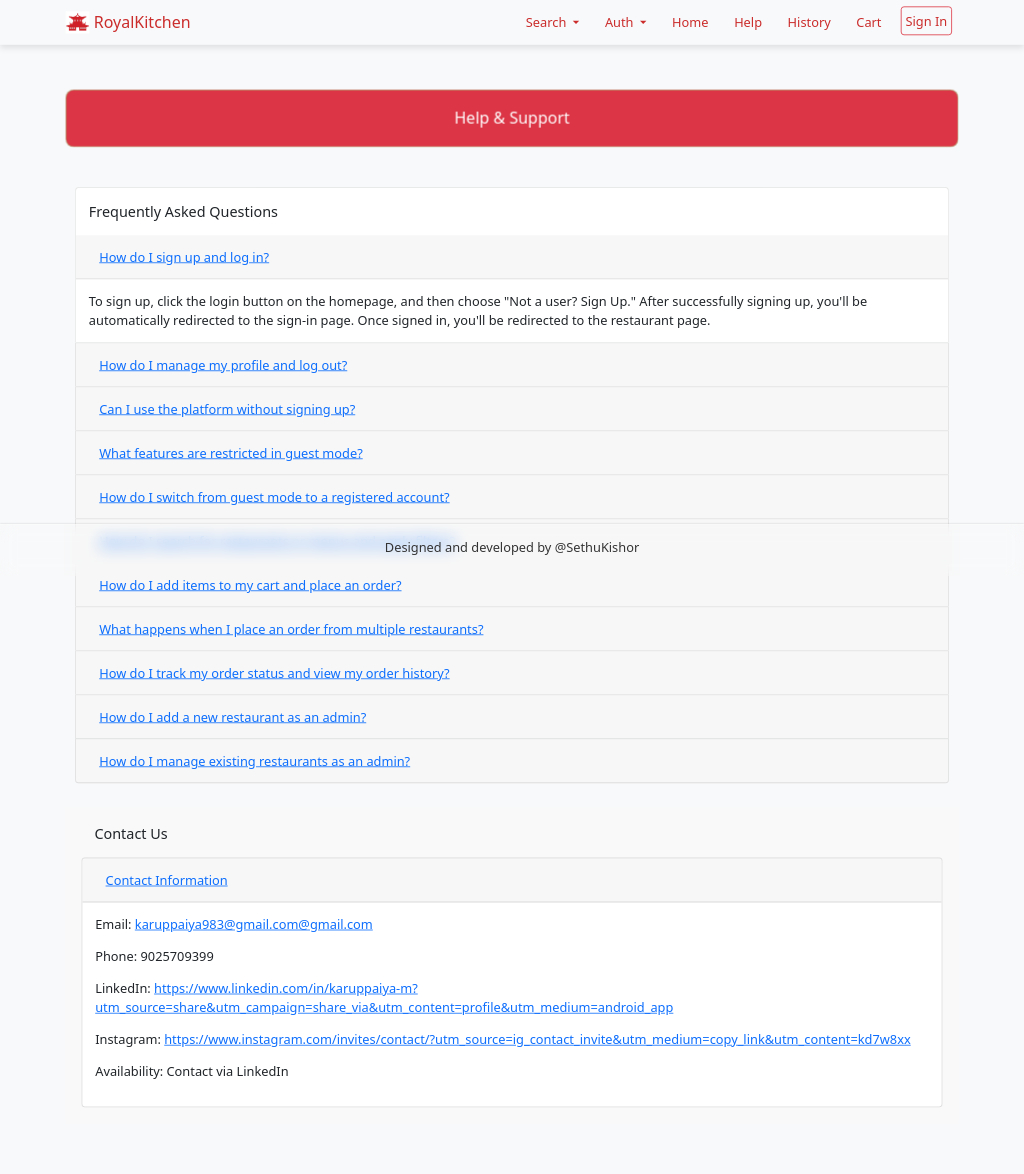
Repository: KARUPPAIYA77/Royal-Kitchen
Page: http://localhost/RoyalKitchen/help.jsp
The author's editor kept a copy of each file at every save. The page is drawn from the files as they stood at one save, then again after the next save.
The browser window is 1280 px wide. The pictures show the whole page, at 80% of full size.
Some web libraries are served in a nearby version. The page is served by Tomcat 9. Other server files are loaded and not shown.

Above is the page before, as saved 2025-03-06 09:30:44.

### RoyalKitchen/src/main/webapp/help.jsp

<%@ page language="java" contentType="text/html; charset=UTF-8"
	pageEncoding="UTF-8"%>
<%@ include file="navbar.jsp"%>
<!DOCTYPE html>
<html lang="en">
<head>
<meta charset="UTF-8">
<meta name="viewport" content="width=device-width, initial-scale=1.0">
<title>Help & Support - Food Ordering</title>
<link
	href="https://stackpath.bootstrapcdn.com/bootstrap/5.0.2/css/bootstrap.min.css"
	rel="stylesheet">
<style>
.faq-section {
	margin-top: 50px;
}

.contact-section {
	margin-top: 30px;
	padding: 20px;
	background-color: #f9f9f9;
}
</style>
</head>
<body class="bg-light">
	<div class="mt-5 py-5 container">
		<div class="d-flex justify-content-center mt-3">
			<div class="card col-md-12 bg-danger"
				style="backdrop-filter: blur(10px); border-radius: 10px; border: 1px solid rgba(144, 238, 144, 0.5); color: #fff;">
				<div
					class="card-body d-flex align-items-center justify-content-center"
					style="height: 70px;">
					<h5 class="mb-0 text-white">Help & Support</h5>
				</div>
			</div>
		</div>
		<!-- FAQ Section -->
		<div class="container faq-section">
			<div class="accordion" id="faqAccordion">
				<div class="card">
					<p class="px-3 pt-3" style="font-size: 18px;">Frequently Asked
						Questions</p>
					<div class="card-header" id="headingOne">
						<h5 class="mb-0">
							<button class="btn btn-link" type="button" data-toggle="collapse"
								data-target="#collapseOne" aria-expanded="true"
								aria-controls="collapseOne">How do I sign up and log
								in?</button>
						</h5>
					</div>
					<div id="collapseOne" class="collapse show"
						aria-labelledby="headingOne" data-parent="#faqAccordion">
						<div class="card-body">To sign up, click the login button on
							the homepage, and then choose "Not a user? Sign Up." After
							successfully signing up, you'll be automatically redirected to
							the sign-in page. Once signed in, you'll be redirected to the
							restaurant page.</div>
					</div>
				</div>

				<div class="card">
					<div class="card-header" id="headingTwo">
						<h5 class="mb-0">
							<button class="btn btn-link collapsed" type="button"
								data-toggle="collapse" data-target="#collapseTwo"
								aria-expanded="false" aria-controls="collapseTwo">How
								do I manage my profile and log out?</button>
						</h5>
					</div>
					<div id="collapseTwo" class="collapse" aria-labelledby="headingTwo"
						data-parent="#faqAccordion">
						<div class="card-body">Inside the profile dropdown in the
							navigation bar, you'll find options to view, update, or delete
							your profile. To log out, click "Show Profile" and you'll find
							the logout button at the bottom of the profile modal popup.</div>
					</div>
				</div>

				<!-- Guest Mode Questions -->
				<div class="card">
					<div class="card-header" id="headingThree">
						<h5 class="mb-0">
							<button class="btn btn-link collapsed" type="button"
								data-toggle="collapse" data-target="#collapseThree"
								aria-expanded="false" aria-controls="collapseThree">Can
								I use the platform without signing up?</button>
						</h5>
					</div>
					<div id="collapseThree" class="collapse"
						aria-labelledby="headingThree" data-parent="#faqAccordion">
						<div class="card-body">Yes, you can browse restaurants and
							menus as a guest, but you won't be able to add items to your
							cart, place an order, or access order history. To access these
							features, you must sign up and log in.</div>
					</div>
				</div>

				<div class="card">
					<div class="card-header" id="headingFour">
						<h5 class="mb-0">
							<button class="btn btn-link collapsed" type="button"
								data-toggle="collapse" data-target="#collapseFour"
								aria-expanded="false" aria-controls="collapseFour">What
								features are restricted in guest mode?</button>
						</h5>
					</div>
					<div id="collapseFour" class="collapse"
						aria-labelledby="headingFour" data-parent="#faqAccordion">
						<div class="card-body">In guest mode, you cannot add items
							to the cart, place orders, or view order history. Signing up
							provides access to these features.</div>
					</div>
				</div>

				<div class="card">
					<div class="card-header" id="headingFive">
						<h5 class="mb-0">
							<button class="btn btn-link collapsed" type="button"
								data-toggle="collapse" data-target="#collapseFive"
								aria-expanded="false" aria-controls="collapseFive">How
								do I switch from guest mode to a registered account?</button>
						</h5>
					</div>
					<div id="collapseFive" class="collapse"
						aria-labelledby="headingFive" data-parent="#faqAccordion">
						<div class="card-body">You can switch by clicking on the
							login button in the navigation bar and completing the sign-up
							process. Once logged in, you'll be able to use all the features.</div>
					</div>
				</div>

				<!-- Ordering Process Questions -->
				<div class="card">
					<div class="card-header" id="headingSix">
						<h5 class="mb-0">
							<button class="btn btn-link collapsed" type="button"
								data-toggle="collapse" data-target="#collapseSix"
								aria-expanded="false" aria-controls="collapseSix">How
								do I search for restaurants or menus and apply filters?</button>
						</h5>
					</div>
					<div id="collapseSix" class="collapse" aria-labelledby="headingSix"
						data-parent="#faqAccordion">
						<div class="card-body">Use the search bar to search for
							restaurants or menu items globally. You can also apply trending
							and time filters (e.g., restaurants delivering in less than 20
							minutes) and filter active restaurants.</div>
					</div>
				</div>

				<div class="card">
					<div class="card-header" id="headingSeven">
						<h5 class="mb-0">
							<button class="btn btn-link collapsed" type="button"
								data-toggle="collapse" data-target="#collapseSeven"
								aria-expanded="false" aria-controls="collapseSeven">How
								do I add items to my cart and place an order?</button>
						</h5>
					</div>
					<div id="collapseSeven" class="collapse"
						aria-labelledby="headingSeven" data-parent="#faqAccordion">
						<div class="card-body">Select any restaurant to view
							available menus. Click on a menu item to view details and add it
							to your cart. In the cart, you can adjust the quantity, remove
							items, and optionally provide a tip or donation. You must update
							your phone number and password before placing an order. Once an
							order is placed, it moves to the order confirmation page, and
							clicking "Continue" will redirect you to the restaurant page.</div>
					</div>
				</div>

				<div class="card">
					<div class="card-header" id="headingEight">
						<h5 class="mb-0">
							<button class="btn btn-link collapsed" type="button"
								data-toggle="collapse" data-target="#collapseEight"
								aria-expanded="false" aria-controls="collapseEight">
								What happens when I place an order from multiple restaurants?</button>
						</h5>
					</div>
					<div id="collapseEight" class="collapse"
						aria-labelledby="headingEight" data-parent="#faqAccordion">
						<div class="card-body">If you place an order from multiple
							restaurants, the order is split based on how many restaurants are
							selected. Platform fees, tips, and donations are split equally
							across the orders.</div>
					</div>
				</div>

				<div class="card">
					<div class="card-header" id="headingNine">
						<h5 class="mb-0">
							<button class="btn btn-link collapsed" type="button"
								data-toggle="collapse" data-target="#collapseNine"
								aria-expanded="false" aria-controls="collapseNine">How
								do I track my order status and view my order history?</button>
						</h5>
					</div>
					<div id="collapseNine" class="collapse"
						aria-labelledby="headingNine" data-parent="#faqAccordion">
						<div class="card-body">Once you've placed an order, click on
							"My Orders" in the profile dropdown to track your order and view
							the delivery status. You can also access your order history for
							previous orders.</div>
					</div>
				</div>

				<!-- Admin Questions -->
				<div class="card">
					<div class="card-header" id="headingTen">
						<h5 class="mb-0">
							<button class="btn btn-link collapsed" type="button"
								data-toggle="collapse" data-target="#collapseTen"
								aria-expanded="false" aria-controls="collapseTen">How
								do I add a new restaurant as an admin?</button>
						</h5>
					</div>
					<div id="collapseTen" class="collapse" aria-labelledby="headingTen"
						data-parent="#faqAccordion">
						<div class="card-body">After logging in as an admin, go to
							the "Add Restaurant" section. Fill out the restaurant details,
							including name, address, delivery time, cuisine type, and rating.
							Once completed, the restaurant will appear on the platform.</div>
					</div>
				</div>

				<div class="card">
					<div class="card-header" id="headingEleven">
						<h5 class="mb-0">
							<button class="btn btn-link collapsed" type="button"
								data-toggle="collapse" data-target="#collapseEleven"
								aria-expanded="false" aria-controls="collapseEleven">
								How do I manage existing restaurants as an admin?</button>
						</h5>
					</div>
					<div id="collapseEleven" class="collapse"
						aria-labelledby="headingEleven" data-parent="#faqAccordion">
						<div class="card-body">From the admin dashboard, you can
							update restaurant details, including name, cuisine type, address,
							delivery time, ratings, and active status. You can also delete
							restaurants from this section.</div>
					</div>
				</div>

				<!-- Additional Questions -->
				<!-- Add more questions following the same structure -->

			</div>
		</div>

		<!-- Contact Section -->
		<div class="container contact-section mb-3">
			<p class="px-3" style="font-size: 18px;">Contact Us</p>
			<div class="accordion" id="contactAccordion">
				<div class="card">
					<div class="card-header" id="headingContact">
						<h5 class="mb-0">
							<button class="btn btn-link" type="button" data-toggle="collapse"
								data-target="#collapseContact" aria-expanded="true"
								aria-controls="collapseContact">Contact Information</button>
						</h5>
					</div>
					<div id="collapseContact" class="collapse show"
						aria-labelledby="headingContact" data-parent="#contactAccordion">
						<div class="card-body">
							<p>
								Email: <a href="mailto:sethukishorramasamy@gmail.com">karuppaiya983@gmail.com@gmail.com</a>
							</p>
							<p>Phone: 9025709399</p>
							<p>
								LinkedIn: <a
									href="https://www.linkedin.com/in/karuppaiya-m?utm_source=share&utm_campaign=share_via&utm_content=profile&utm_medium=android_app"
									target="_blank">https://www.linkedin.com/in/karuppaiya-m?utm_source=share&utm_campaign=share_via&utm_content=profile&utm_medium=android_app</a>
							</p>
							<p>
								Instagram: <a href="https://www.instagram.com/invites/contact/?utm_source=ig_contact_invite&utm_medium=copy_link&utm_content=kd7w8xx"
									target="_blank">https://www.instagram.com/invites/contact/?utm_source=ig_contact_invite&utm_medium=copy_link&utm_content=kd7w8xx</a>
							</p>
							<p>Availability: Contact via LinkedIn</p>
						</div>
					</div>
				</div>
			</div>
		</div>
	</div>
	<footer class="text-center py-2 fixed-bottom"
		style="background: rgba(255, 255, 255, 0.1); /* Light gray translucent background */ backdrop-filter: blur(10px); /* Frosted glass effect */ border-top: 1px solid rgba(255, 255, 255, 0.3); /* Slight border on top */ box-shadow: 0 -1px 2px rgba(0, 0, 0, 0.1); /* Soft shadow to give depth */ color: #333; /* Text color */ width: 100%; /* Full width of the page */ position: fixed; /* Fix the footer at the bottom */ bottom: 0; /* Ensure it sticks to the bottom */ padding: 15px; text-align: center;">
		<p class="mt-2">Designed and developed by @SethuKishor</p>
	</footer>

	<script
		src="https://cdnjs.cloudflare.com/ajax/libs/popper.js/2.9.2/umd/popper.min.js"></script>
	<script
		src="https://stackpath.bootstrapcdn.com/bootstrap/5.0.2/js/bootstrap.bundle.min.js"></script>
</body>
</html>

### RoyalKitchen/src/main/webapp/admin/styles/layouts.css

@charset "UTF-8";

/**
 * Import Color Variables
 * <p>
 * This statement imports the color variables defined in the 'colors.css' file.
 * These variables are used throughout the stylesheet to ensure consistent color usage
 * and facilitate easy updates to the color scheme.
 * </p>
 */
@import url('colors.css');

/**
 * Reset Default Margin and Padding for All Elements
 * <p>
 * This rule sets margin and padding to zero for all elements to ensure a consistent layout
 * and remove browser default styling.
 * </p>
 */
* {
	margin: 0;
	padding: 0;
}

/**
 * Basic Layout Styles
 * <p>
 * Sets the height to 100% for the body and html elements and applies the 'Poiret One' font-family
 * to ensure consistent styling across the entire page.
 * </p>
 */
body, html {
	height: 100%;
	margin: 0;
	font-family: 'Poiret One', cursive;
}

/**
 * Background Color for Body
 * <p>
 * Applies a light background color to the body element using the color variable from 'colors.css'.
 * </p>
 */
body {
	background-color: var(--color-light);
}

/**
 * Focus Style for Form Controls
 * <p>
 * Removes the default box-shadow on form controls when they are focused to achieve a cleaner appearance.
 * </p>
 */
.form-control:focus {
	box-shadow: none !important;
}

/**
 * Button Outline Primary Styles
 * <p>
 * Removes default border and outline from buttons with the 'btn-outline-primary' class.
 * Ensures border color on hover matches the primary color defined in 'colors.css'.
 * </p>
 */
.btn-outline-primary {
	border: none;
	outline: none;
}

.btn-outline-primary:hover {
	border-color: var(--color-primary) !important;
}

/**
 * Modal Dialog Styles
 * <p>
 * Sets a maximum height for the modal dialog to ensure it fits within the viewport.
 * </p>
 */
.modal-dialog {
	max-height: 90vh; /* Adjust the max-height as needed */
}

/**
 * Custom Scroll for Modal Body
 * <p>
 * Configures the modal body to have a custom maximum height and enables vertical scrolling
 * to handle overflow content. The height adjustment accounts for the header and footer height.
 * </p>
 */
.modal-body.custom-scroll {
	max-height: calc(90vh - 150px);
	/* Adjust 150px based on header and footer height */
	overflow-y: auto;
}

/**
 * Media Query for Small Devices
 * <p>
 * Applies specific styles for devices with a maximum width of 991.98px. Adds a shadow and
 * adjusts spacing for navbar items and form elements to improve layout and usability on smaller screens.
 * </p>
 */
@media ( max-width : 991.98px) {
	.navbar-nav .nav-item {
		box-shadow: 0 2px 4px var(--rgba-dark);
		margin-bottom: 0.5rem;
		padding: 10px 0px;
	}
	form.d-flex {
		border: 1px solid var(--color-primary);
		outline: none;
	}
}

### RoyalKitchen/src/main/webapp/admin/styles/components.css

@charset "UTF-8";
	/* Specifies the character encoding for the CSS file */

/**
 * Import Color Variables
 *
 * <p>This statement imports the color variables defined in the 'colors.css' file.
 * These variables are used throughout the stylesheet to ensure consistent color usage
 * and facilitate easy updates to the color scheme.</p>
 */
@import url('colors.css');

/**
 * Navbar Styles
 *
 * <p>This section defines the styling for the fixed navbar, including its background color,
 * shadow, padding, and text color. It also specifies the appearance of navigation links,
 * buttons, and dropdown menus within the navbar.</p>
 */
.navbar {
	position: fixed;
	top: 0;
	left: 0;
	right: 0;
	z-index: 1050;
	background-color: var(--color-background);
	box-shadow: 0 4px 8px var(--rgba-shadow-light);
	padding: 20px 0px;
}

.navbar-brand {
	color: var(--color-primary) !important;
}

.navbar-nav .nav-link {
	color: var(--color-primary) !important;
	font-weight: 500 !important;
	padding: 0.5rem 1rem;
	line-height: 1.5;
}

.navbar-nav .nav-link:hover {
	color: var(--color-hover) !important;
}

.navbar-nav .nav-item .btn-outline-primary {
	color: var(--color-primary) !important;
	border-color: var(--color-primary) !important;
	border-radius: 5px;
	font-size: 0.875rem;
	height: 40px;
	display: flex;
	align-items: center;
	padding: 0.375rem 0.75rem;
	box-shadow: 0 2px 4px var(--rgba-shadow-light);
}

.navbar-nav .nav-item .btn-outline-primary .fas {
	margin-right: 0.5rem;
}

.navbar-nav .nav-item .btn-outline-primary:hover {
	color: white !important;
	border-color: var(--color-primary) !important;
	background-color: var(--color-primary) !important;
}

.navbar-nav .nav-item {
	margin: 0 0.5rem;
}

/**
 * Dropdown Menu Styles
 *
 * <p>This section defines the appearance and behavior of dropdown menus
 * within the navbar, including border radius, shadows, and internal spacing.</p>
 */
.dropdown-menu {
	border-radius: 0;
	box-shadow: 0 4px 8px var(--rgba-shadow-light);
	padding: 0;
	width: 300px;
}

.dropdown-menu .form-control {
	width: calc(100% - 2.5rem);
	height: 40px;
	border-color: var(--color-primary) !important;
}

.dropdown-menu .outline-primary {
	width: 15%;
	height: 40px;
	border-radius: 3px;
	font-size: 0.875rem;
	background-color: var(--color-primary) !important;
	color: white !important;
	border-color: var(--color-primary) !important;
}

.search {
	border-radius: 3px;
	font-size: 0.875rem;
	border-radius : 5px;
	background-color: transparent !important;
	color: var(--color-primary) !important;
	border-color: var(--color-primary) !important;
}

.search:hover {
	background-color: var(--color-primary) !important;
	color: white !important;
	border-color: var(--color-primary) !important;
}

.dropdown-menu .outline-primary:hover {
	background-color: var(--color-dark) !important;
	color: white !important;
	border-color: var(--color-hover) !important;
}

.dropdown-menu .form-control::placeholder {
	color: var(--color-secondary);
	opacity: 1;
}

.dropdown-menu.custom-menu {
	padding: 10px;
	border-radius: 8px;
	box-shadow: 0 4px 6px var(--rgba-shadow-light);
	cursor: pointer;
}

.dropdown-menu.custom-menu .dropdown-item {
	padding: 10px 20px;
	border-radius: 4px;
}

.dropdown-menu.custom-menu .dropdown-item:active {
	background-color: var(--color-light-gray);
}

.dropdown-menu.dropdown-menu-center {
	position: absolute;
	left: 50%;
	transform: translateX(-50%);
	margin-top: 0; /* Adjust if needed */
}

/**
 * Modal Content
 *
 * <p>This section styles the modal content with rounded corners to match the design scheme.</p>
 */
.modal-content {
	border-radius: 0.5rem;
}

### RoyalKitchen/src/main/webapp/admin/styles/forms-profile.css

@charset "UTF-8";

/**
 * Import Color Variables
 * <p>
 * This statement imports the color variables defined in the 'colors.css' file.
 * These variables are used throughout the stylesheet to ensure consistent color usage
 * and facilitate easy updates to the color scheme.
 * </p>
 */
@import url('colors.css');

/**
 * Form Control Styles
 * <p>
 * Applies background colors to form fields based on their state (enabled or disabled).
 * Ensures a light background color for editable fields and a transparent background
 * with a not-allowed cursor for disabled fields.
 * </p>
 */
.field-editable:enabled {
	background-color: var(--color-background);
}

.field-editable:disabled {
	background-color: transparent;
	cursor: not-allowed;
}

/**
 * Profile and Button Hover Styles
 * <p>
 * Defines hover styles for profile-related elements and buttons.
 * Changes background color and text color on hover to provide visual feedback.
 * </p>
 */
#profileDetails:hover, #restaurantDetails:hover, #addMenu:hover, #adminLogin:hover {
	background-color: var(--color-light-green-hover);
	color: var(--color-dark-text);
}

#updateProfile:hover, #updateRestaurant:hover, #userLogin:hover {
	background-color: var(--color-light-blue);
	color: var(--color-dark-text);
}

#deleteProfile:hover, #deleteRestaurant:hover, #menuDetails:hover {
	background-color: var(--color-light-coral);
	color: var(--color-dark-text);
}

/**
 * Edit Button Styles
 * <p>
 * Styles the edit button with a warning class. Uses primary colors for the button and hover state.
 * </p>
 */
.btn-warning.edit-btn {
	background-color: var(--color-tertiary);
	border-color: var(--color-tertiary);
	color: #fff;
}

.btn-warning.edit-btn:hover {
	background-color: var(--color-accent);
	border-color: var(--color-accent);
}

/**
 * Modal Backdrop Styles
 * <p>
 * Applies a blur effect and a background color with opacity to the modal backdrop
 * to enhance visual focus on the modal content.
 * </p>
 */
.modal-backdrop.show {
	backdrop-filter: blur(12px);
}

/**
 * Button Focus Styles
 * <p>
 * Removes the default box shadow on button focus to prevent
 * the default outline appearance and ensure a clean, consistent look.
 * </p>
 */
button:focus {
	box-shadow: none !important;
}

a:focus {
	box-shadow: none !important;
}

### RoyalKitchen/src/main/webapp/admin/styles/colors.css

@charset "UTF-8";

/**
 * CSS Variables for colors.
 * <p>
 * This file contains all the color variables used throughout the project.
 * Colors are defined for various UI elements, including primary, secondary, and additional colors.
 * RGBA values are also included for shadows and overlays.
 * </p>
 */

/* Solid Colors */
:root {
	--color-primary: #cb2c2c;
	--color-hover: #e66e6f;
	--color-secondary: #e36c6c;
	--color-tertiary: #fbbbbb;
	--color-light: #fbebeb;
	--color-muted: #ec8c8a;
	--color-background: #fbc4bd;
	--color-accent: #f6aaa6;
	--color-dark: #d75c6d;
	--color-highlight: #facbcc;
	--color-overlay: #ecd4d4;

	--color-light-green: #e8f5e9;
	--color-light-green-hover: #d0f0c0;
	--color-light-blue: #add8e6;
	--color-light-coral: #f08080;
	--color-light-coral-hover: #f6aaa6;
	--color-dark-text: #333;
	--color-light-gray: #e0e0e0;

	--rgba-black-full: rgba(0, 0, 0, 1);
	--rgba-shadow-light: rgba(0, 0, 0, 0.1);
	--rgba-shadow-dark: rgba(0, 0, 0, 0.2);
}

Loaded but not shown: RoyalKitchen/src/main/webapp/profile.js (87 lines, source omitted); RoyalKitchen/src/main/webapp/admin/styles/password.js (32 lines, source omitted); RoyalKitchen/src/main/webapp/navbar.jsp (665 lines, source omitted)

After the next save:
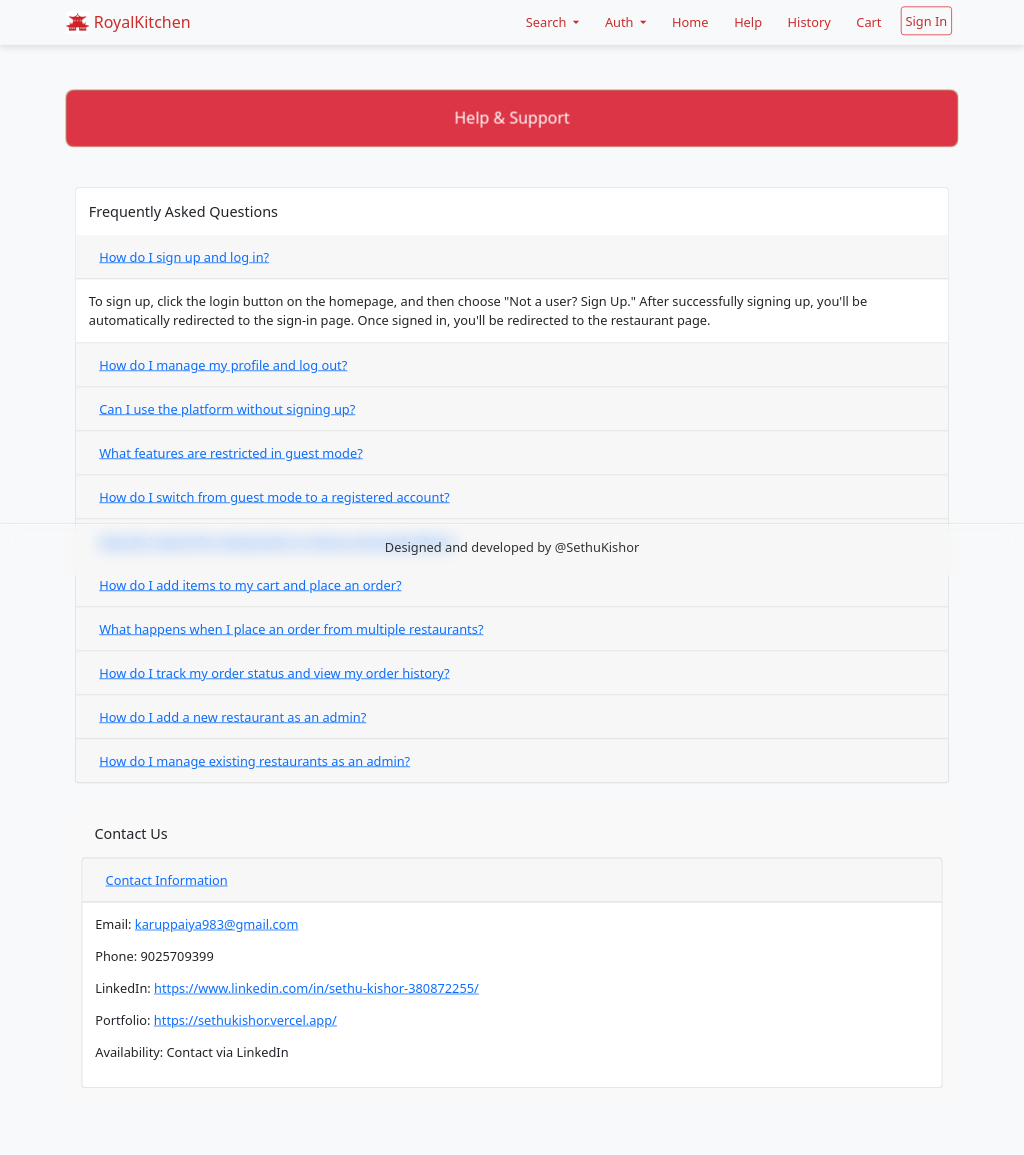
Saved 2 min 23 s later.
--- a/RoyalKitchen/src/main/webapp/help.jsp
+++ b/RoyalKitchen/src/main/webapp/help.jsp
@@ -265,17 +265,17 @@
 						aria-labelledby="headingContact" data-parent="#contactAccordion">
 						<div class="card-body">
 							<p>
-								Email: <a href="mailto:sethukishorramasamy@gmail.com">karuppaiya983@gmail.com@gmail.com</a>
+								Email: <a href="karuppaiya983@gmail.com">karuppaiya983@gmail.com</a>
 							</p>
 							<p>Phone: 9025709399</p>
 							<p>
 								LinkedIn: <a
 									href="https://www.linkedin.com/in/karuppaiya-m?utm_source=share&utm_campaign=share_via&utm_content=profile&utm_medium=android_app"
-									target="_blank">https://www.linkedin.com/in/karuppaiya-m?utm_source=share&utm_campaign=share_via&utm_content=profile&utm_medium=android_app</a>
+									target="_blank">https://www.linkedin.com/in/sethu-kishor-380872255/</a>
 							</p>
 							<p>
-								Instagram: <a href="https://www.instagram.com/invites/contact/?utm_source=ig_contact_invite&utm_medium=copy_link&utm_content=kd7w8xx"
-									target="_blank">https://www.instagram.com/invites/contact/?utm_source=ig_contact_invite&utm_medium=copy_link&utm_content=kd7w8xx</a>
+								Portfolio: <a href="https://sethukishor.vercel.app/"
+									target="_blank">https://sethukishor.vercel.app/</a>
 							</p>
 							<p>Availability: Contact via LinkedIn</p>
 						</div>
